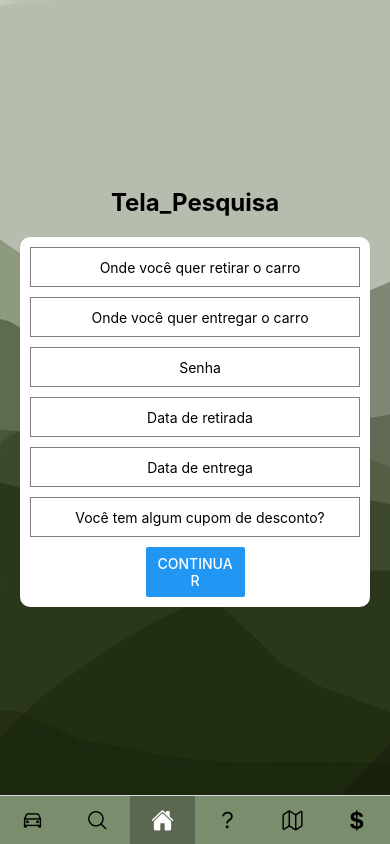
Repository: GabrielAron/EcoWheels
Page: /Home
An editor plug-in stored every save of this project. The page is shown before and after the next save, followed by the edit.
The browser window is 390 px wide. The pictures show the whole page.
The app was drawn by React Native's web renderer in a window 390 px wide. The project was rebuilt for these pictures with package versions that can differ from the ones it lists, and the page was loaded fresh each time. Also part of the build but not shown: src/Paginas/Carros/index.js, src/Paginas/Ajuda/index.js, src/Paginas/Mapa/index.js, src/Paginas/Pagamento/pagamento.js.

Above is the page before, as saved 2023-11-24 14:37:07.

After the next save:
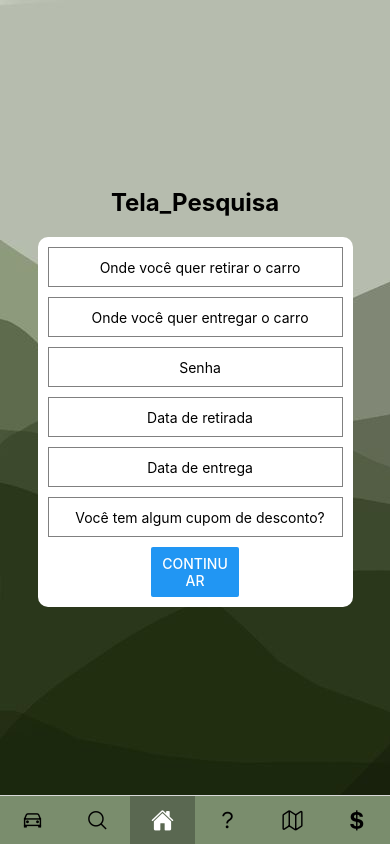
Saved 35 s later.
--- a/src/Paginas/Home/index.js
+++ b/src/Paginas/Home/index.js
@@ -52,6 +52,8 @@
     backgroundColor: 'white',
     borderRadius: 10,
     padding: 10,
+    width: '90%',
+    alignSelf: 'center',
   },
   buttonContainer: {
     width: '30%',

After the save that followed:
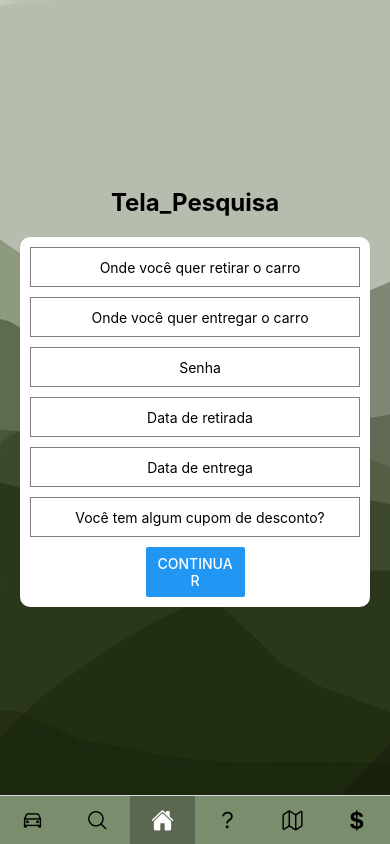
Saved 21 s later.
--- a/src/Paginas/Home/index.js
+++ b/src/Paginas/Home/index.js
@@ -52,7 +52,7 @@
     backgroundColor: 'white',
     borderRadius: 10,
     padding: 10,
-    width: '90%',
+    width: '100%',
     alignSelf: 'center',
   },
   buttonContainer: {
